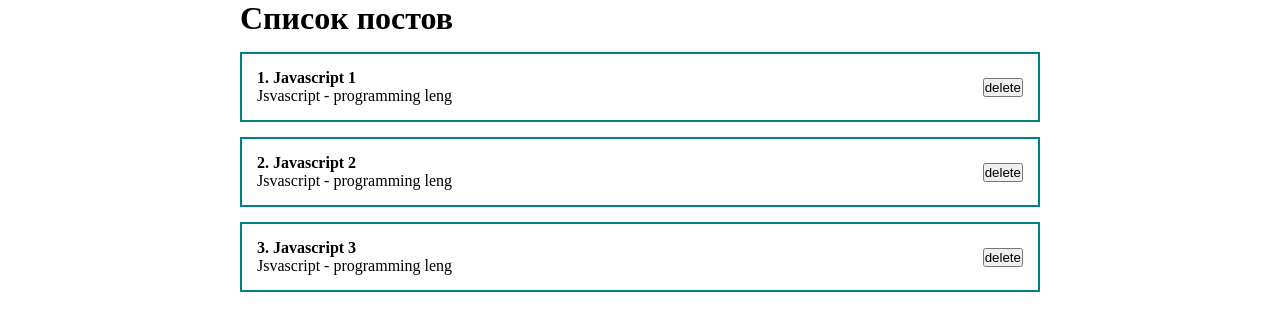
Repository: tsydikov/reactTodo
Page: /
An editor plug-in stored every save of this project. The page is shown before and after the next save, followed by the edit.
The browser window is 1280 px wide. The pictures show the whole page.
The project was rebuilt for these pictures with package versions that can differ from the ones it lists, and the page was loaded fresh each time.

Above is the page before, as saved 2021-08-29 12:19:22.

After the next save:
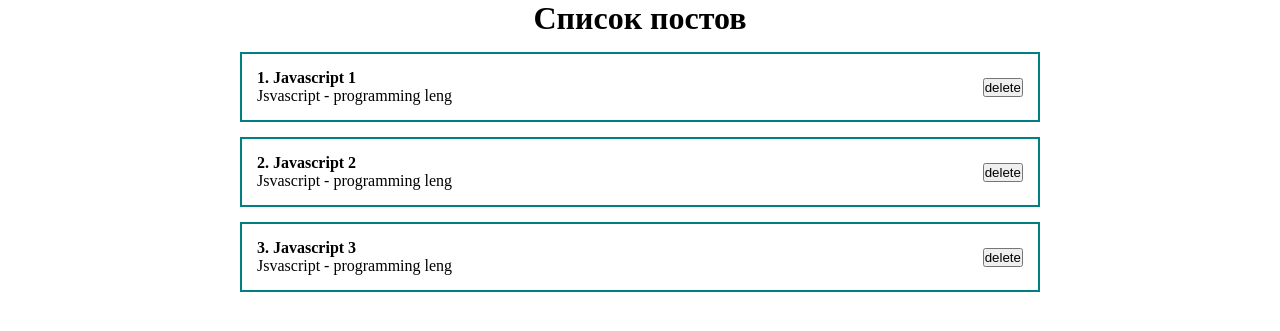
Saved 48 s later.
--- a/src/App.js
+++ b/src/App.js
@@ -10,7 +10,7 @@ function App() {
   ])
   return (
     <div className="App">
-      <h1>Список постов</h1>
+      <h1 style={{textAlign:'center'}}>Список постов</h1>
       {posts.map(post =>
         <PostItem post={post} key={post.id} />
       )}
